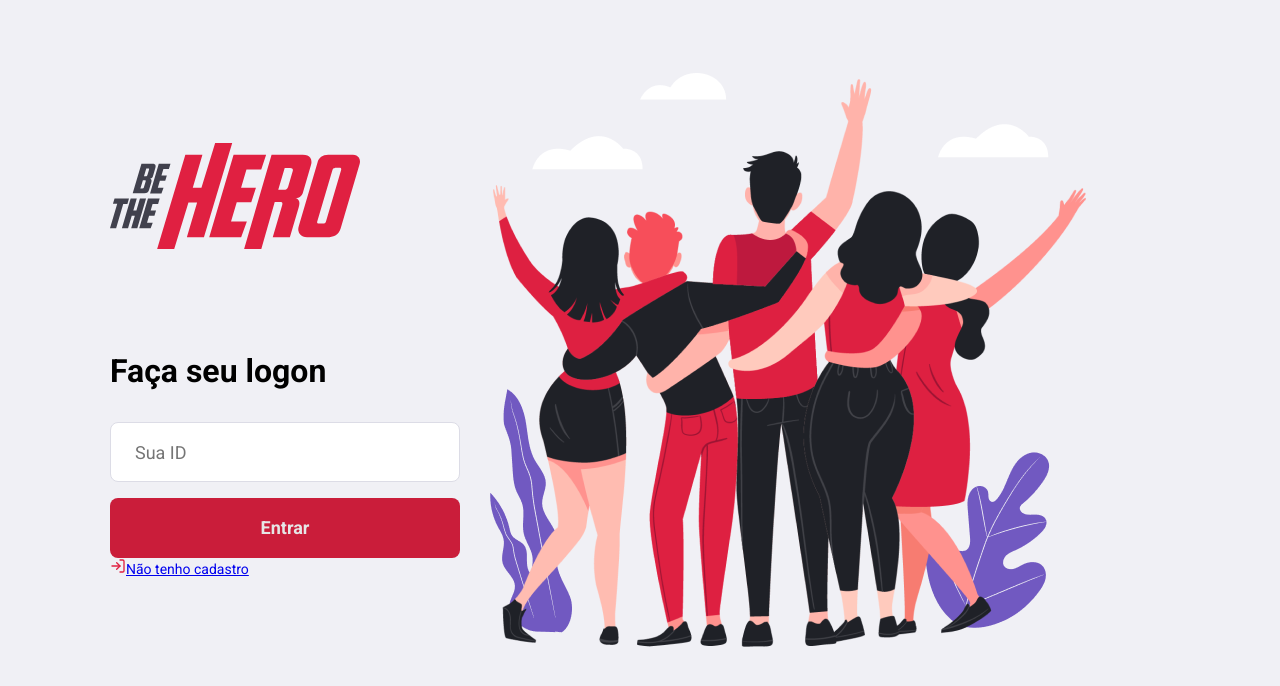
Repository: s7Thiago/semana-omnistack-11.0
Page: / (app in front-end/)
The author's editor kept a copy of each file at every save. The page is drawn from the files as they stood at one save, then again after the next save.
The browser window is 1280 px wide. The pictures show the whole page.
The pointer rests on the first visible `.button`.
The project was rebuilt for these pictures with package versions that can differ from the ones it lists, and the page was loaded fresh each time.

Above is the page before, as saved 2020-03-26 20:33:40.

### front-end/src/App.js
import React from 'react';
import './global.css';

import Logon from './pages/Logon';

function App() {

  return (
    <Logon />
  );
}

export default App;

### front-end/src/global.css
@import url('https://fonts.googleapis.com/css?family=Roboto:400,500,700&display=swap');

*{
    margin: 0;
    padding: 0;
    outline: 0;
    box-sizing: border-box; /*Faz com que o padding dos elementos seja anexado na sua largura e na sua altura*/
}

body{
    font: 400 14px Roboto, sans-serif;
    background: #f0f0f5;
    -webkit-font-smoothing: antialiased;
}

input, button, textarea {
    font: 400 18px Roboto, sans-serif;
}

button {
    cursor: pointer;
}

form input {
    width: 100%;
    height: 60px;
    color: #333;
    border: 1px solid #dcdce6;
    border-radius: 8px;
    padding: 0 24px;
}

.button {
    width: 100%;
    height: 60px;
    background: #e02041;
    border: 0;
    border-radius: 8px;
    color: #fff;
    font-weight: 700;
    margin-top: 16px;
    display: inline-block;
    text-align: center;
    text-decoration: nome;
    font-size: 18px;
    line-height: 60px;
}

.button:hover{
    filter: brightness(90%);
}

### front-end/src/pages/Logon/index.js
import React from 'react';
import { FiLogIn } from 'react-icons/fi'

import './styles.css'

import heroesImg from '../../assets/heroes.png';
import logoImg from '../../assets/logo.svg';

export default function Logon() {
    return (
        <div className="logon-container">
            <section className="form">
                {/* Logo */}
                <img src={logoImg} alt="Be the Hero" />

                {/* Formulário */}
                <form>
                    <h1>Faça seu logon</h1>
                    <input placeholder="Sua ID" />
                    <button className="button" type="submit">Entrar</button>

                    <a href="/register">
                        <FiLogIn size={16} color="#E02041" />
                        Não tenho cadastro</a>
                </form>

            </section>
            <img src={heroesImg} alt='Heroes' />
        </div>


    );
}

### front-end/src/pages/Logon/styles.css
.logon-container{
    width: 100%;
    max-width: 1120px;
    height: 100vh;
    margin: 0 auto;

    display: flex;
    align-items: center;
}

.logon-container section.form{
    width: 100%;
    max-width: 350px;
    margin: 30px;
}

.logon-container section.form form{
    margin-top: 100px;
}

.logon-container section.form form h1 {
    font-size: 32px;
    margin-bottom: 32px;
}

Loaded but not shown: front-end/src/index.js (common file)

After the next save:
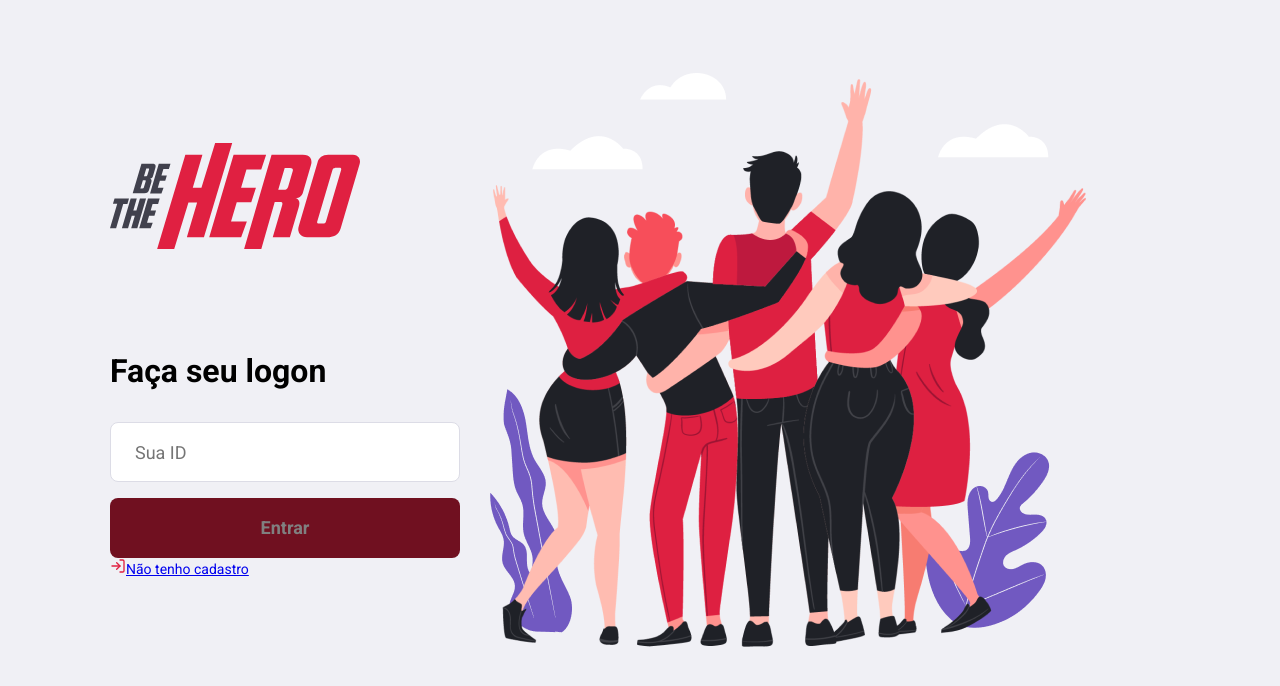
Saved 10 s later.
--- a/front-end/src/global.css
+++ b/front-end/src/global.css
@@ -47,5 +47,5 @@
 }
 
 .button:hover{
-    filter: brightness(90%);
+    filter: brightness(50%);
 }

After the save that followed:
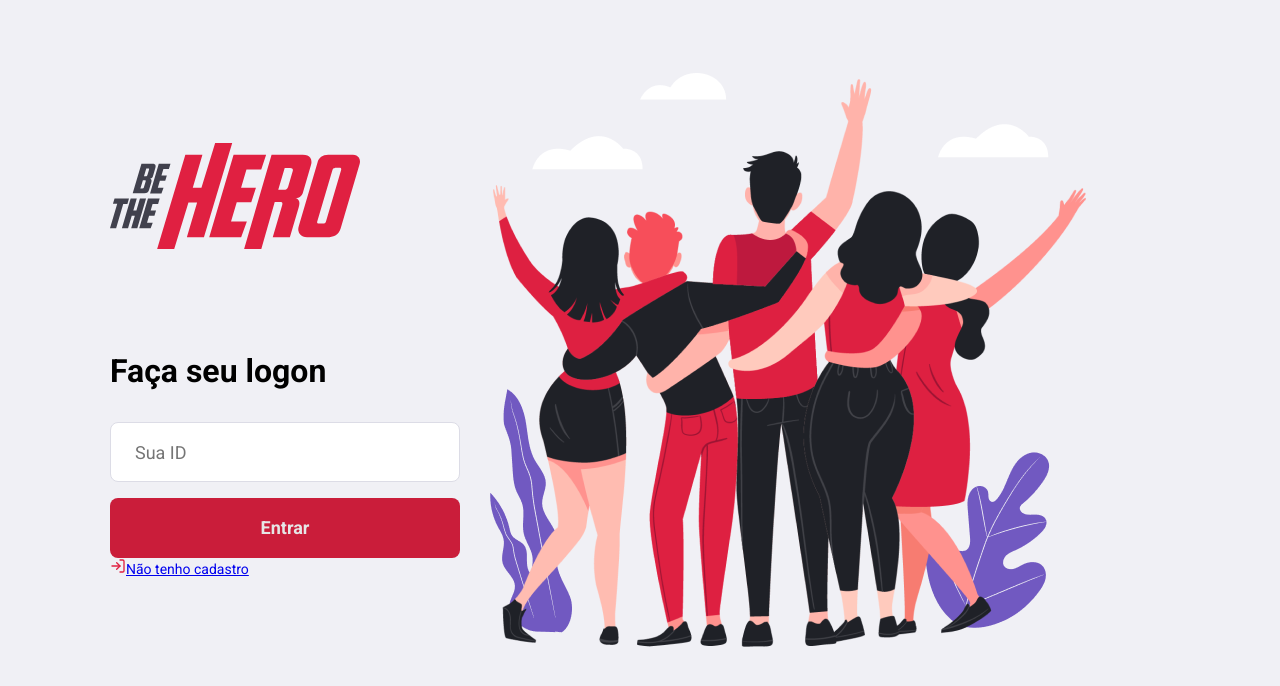
Saved 4 s later.
--- a/front-end/src/global.css
+++ b/front-end/src/global.css
@@ -47,5 +47,5 @@
 }
 
 .button:hover{
-    filter: brightness(50%);
+    filter: brightness(90%);
 }
